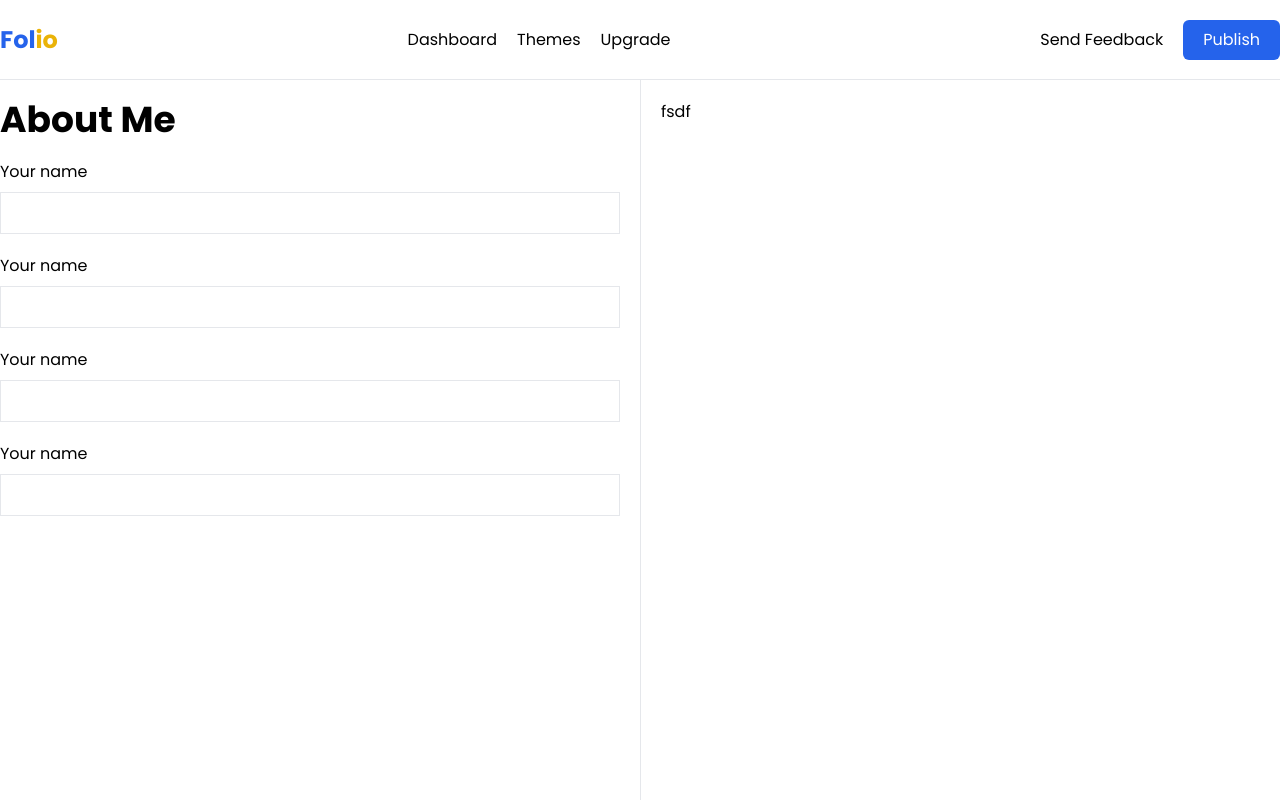
Repository: langford-dev/follio
Page: /
The author's editor kept a copy of each file at every save. The page is drawn from the files as they stood at one save, then again after a run of saves.
The browser window is 1280 px wide. The pictures show the whole page.
The project was rebuilt for these pictures with package versions that can differ from the ones it lists, and the page was loaded fresh each time. The framework's server and built-in components were replaced by stand-ins that run in the browser. Also part of the build but not shown: next.config.js, components/pageView.js.

Above is the page before, as saved 2022-03-19 10:51:44.

### pages/_app.js
import { AppProvider } from '../context/context'
import '../styles/globals.css'

function MyApp({ Component, pageProps }) {
  return <AppProvider>
    <Component {...pageProps} />
  </AppProvider>
}

export default MyApp

### pages/index.js
import EditView from '../components/body'
import Header from '../components/header'

export default function Home() {
  return <div>
    <Header />
    <EditView />
  </div>
}

### context/context.js
import { createContext, useEffect } from "react"

export const AppContext = createContext()

export const AppProvider = ({ children }) => {
    return <AppContext.Provider>
        {children}
    </AppContext.Provider>
}

### styles/globals.css
@import url('https://fonts.googleapis.com/css2?family=Poppins:wght@300;400;500;600;700;800&display=swap');

@tailwind base;
@tailwind components;
@tailwind utilities;


html,
body {
  /* background: #f1f1f188; */
  padding: 0;
  margin: 0;
}

a {
  color: inherit;
  text-decoration: none;
}

* {
  box-sizing: border-box;
  font-family: "Poppins", -apple-system, BlinkMacSystemFont, Segoe UI, Roboto, Oxygen,
    Ubuntu, Cantarell, Fira Sans, Droid Sans, Helvetica Neue, sans-serif;
}

### components/body.js
import PageView from "./pageView"

const styles = {
    pageView: `m-auto max-w-screen-xl h-screen`,
    title: `text-4xl font-bold`,
    flexView: `flex h-screen`,
    editingView: `w-1/2 p-5 pl-0`,
    preview: `border-l w-1/2 p-5`,
    inputContainer: `flex flex-col mt-5`,
    input: `border p-2 outline-none mt-2`,
    label: ``
}

const EditView = () => {
    return <div className={styles.pageView}>
        <div className={styles.flexView}>
            <div className={styles.editingView}>
                <p className={styles.title}>About Me</p>
                <div className={styles.inputContainer}>
                    <label className={styles.label}>Your name</label>
                    <input type="text" className={styles.input} />
                </div>
                <div className={styles.inputContainer}>
                    <label className={styles.label}>Your name</label>
                    <input type="text" className={styles.input} />
                </div>
                <div className={styles.inputContainer}>
                    <label className={styles.label}>Your name</label>
                    <input type="text" className={styles.input} />
                </div>
                <div className={styles.inputContainer}>
                    <label className={styles.label}>Your name</label>
                    <input type="text" className={styles.input} />
                </div>
            </div>
            <div className={styles.preview}>fsdf</div>
        </div>
    </div>
}

export default EditView

### components/header.js
import Link from "next/link"
import Logo from "./logo"

const styles = {
    header: `border-b h-20 bg-white`,
    headerWrapper: `m-auto max-w-screen-xl h-full flex items-center justify-between`,
    button: `bg bg-blue-600 text-white h-10 px-5 flex items-center justify-center rounded-md cursor-pointer`,
    nav: `flex`,
    navLink: `mr-5 hover:text-blue-600 cursor-pointer`,
}

const Header = () => {
    return <header className={styles.header}>
        <div className={styles.headerWrapper}>
            <Logo />
            <nav className={styles.nav}>
                <Link passHref={true} href="/"><p className={styles.navLink}>Dashboard</p></Link>
                <Link passHref={true} href="/"><p className={styles.navLink}>Themes</p></Link>
                <Link passHref={true} href="/"><p className={styles.navLink}>Upgrade</p></Link>
            </nav>
            <div className="flex items-center">
                <p className="mr-5">Send Feedback</p>
                <div className={styles.button}>Publish</div>
            </div>
        </div>
    </header>
}

export default Header

### components/logo.js
const Logo = () => {
    return <p className="font-bold text-2xl text-blue-600">Fol<span className="text-yellow-500">io</span></p>
}

export default Logo

Loaded but not shown: tailwind.config.js (common file)

After the next 2 saves:
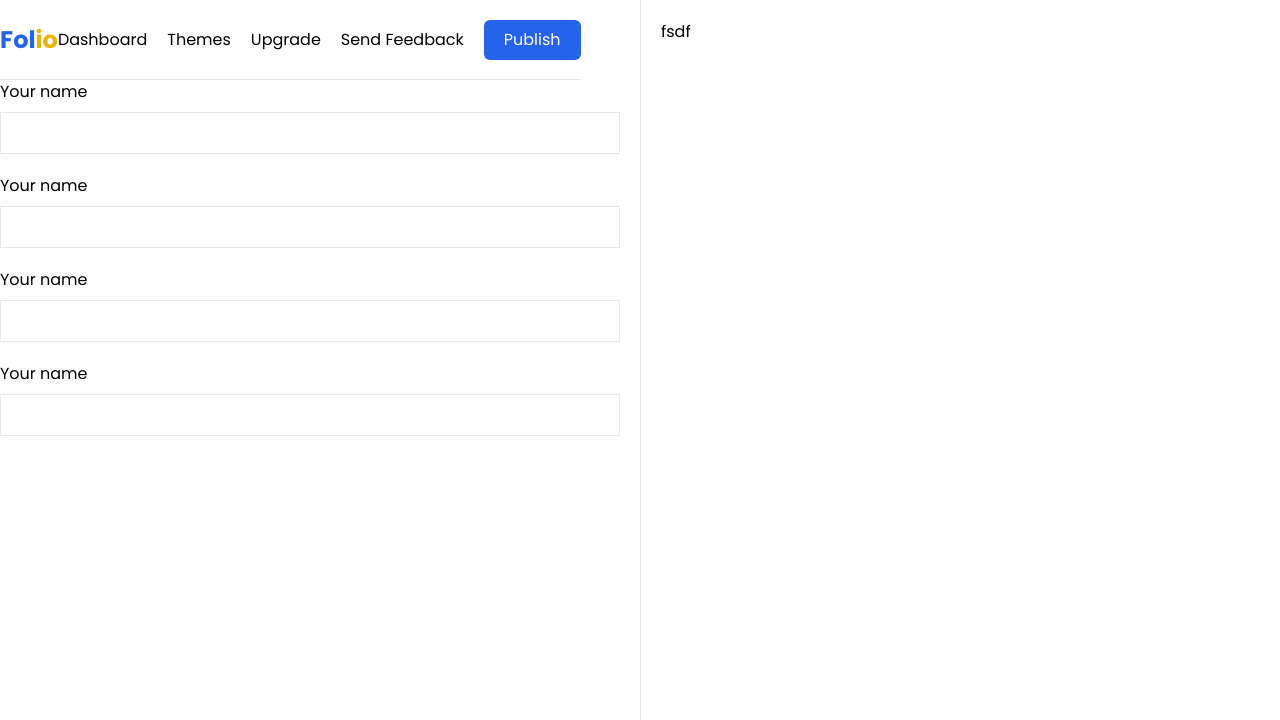
The 2 saves are shown as one change because they came seconds apart.
The last was saved 15 s later.
--- a/components/header.js
+++ b/components/header.js
@@ -2,7 +2,7 @@ import Link from "next/link"
 import Logo from "./logo"
 
 const styles = {
-    header: `border-b h-20 bg-white`,
+    header: `border-b h-20 bg-white fixed`,
     headerWrapper: `m-auto max-w-screen-xl h-full flex items-center justify-between`,
     button: `bg bg-blue-600 text-white h-10 px-5 flex items-center justify-center rounded-md cursor-pointer`,
     nav: `flex`,
